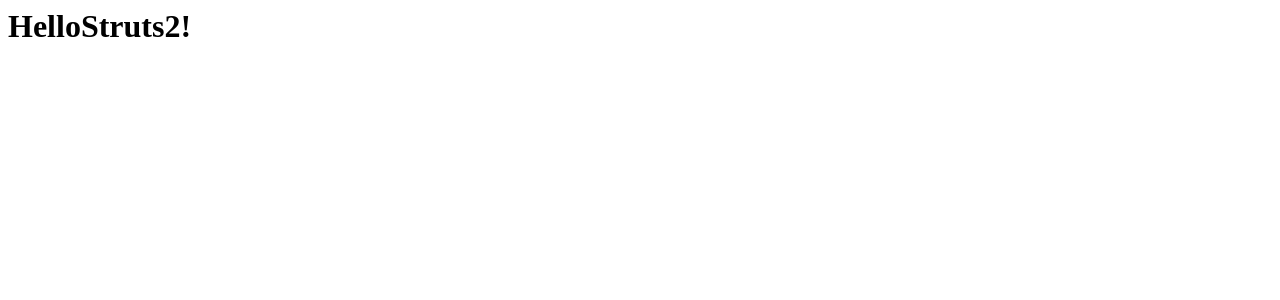
Repository: mai-kobayashi/test
Page: http://localhost/WebProj/hello.jsp
The author's editor kept a copy of each file at every save. The page is drawn from the files as they stood at one save, then again after the next save.
The browser window is 1280 px wide. The pictures show the whole page.
The page is served by Tomcat 9. Nobody is signed in. The application's start-up code is not run.

Above is the page before, as saved 2019-02-22 12:28:43.

After the next save:
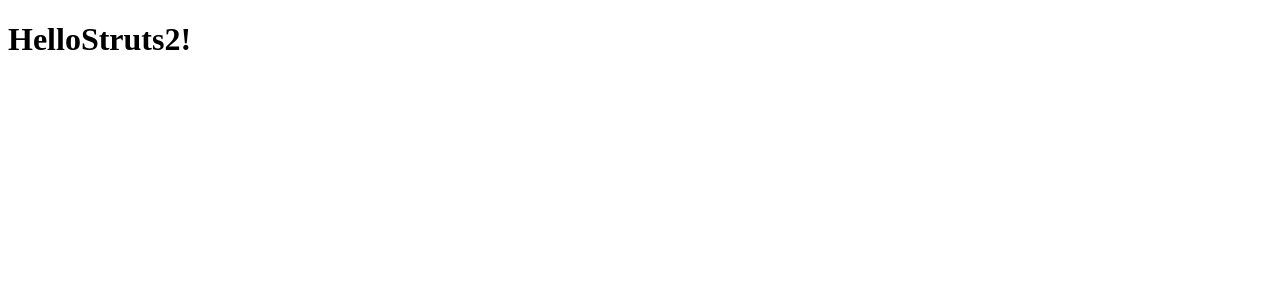
Saved 6 s later.
--- a/WebProj/WebContent/hello.jsp
+++ b/WebProj/WebContent/hello.jsp
@@ -1,7 +1,7 @@
 <%@ page language="java" contentType="text/html; charset=UTF-8"
     pageEncoding="UTF-8"%>
 <%@ taglib prefix="s" uri="/struts-tags"%>
-<!DOCTYPE htm>
+<!DOCTYPE html>
 <html>
 <head>
 <meta charset="UTF-8">
